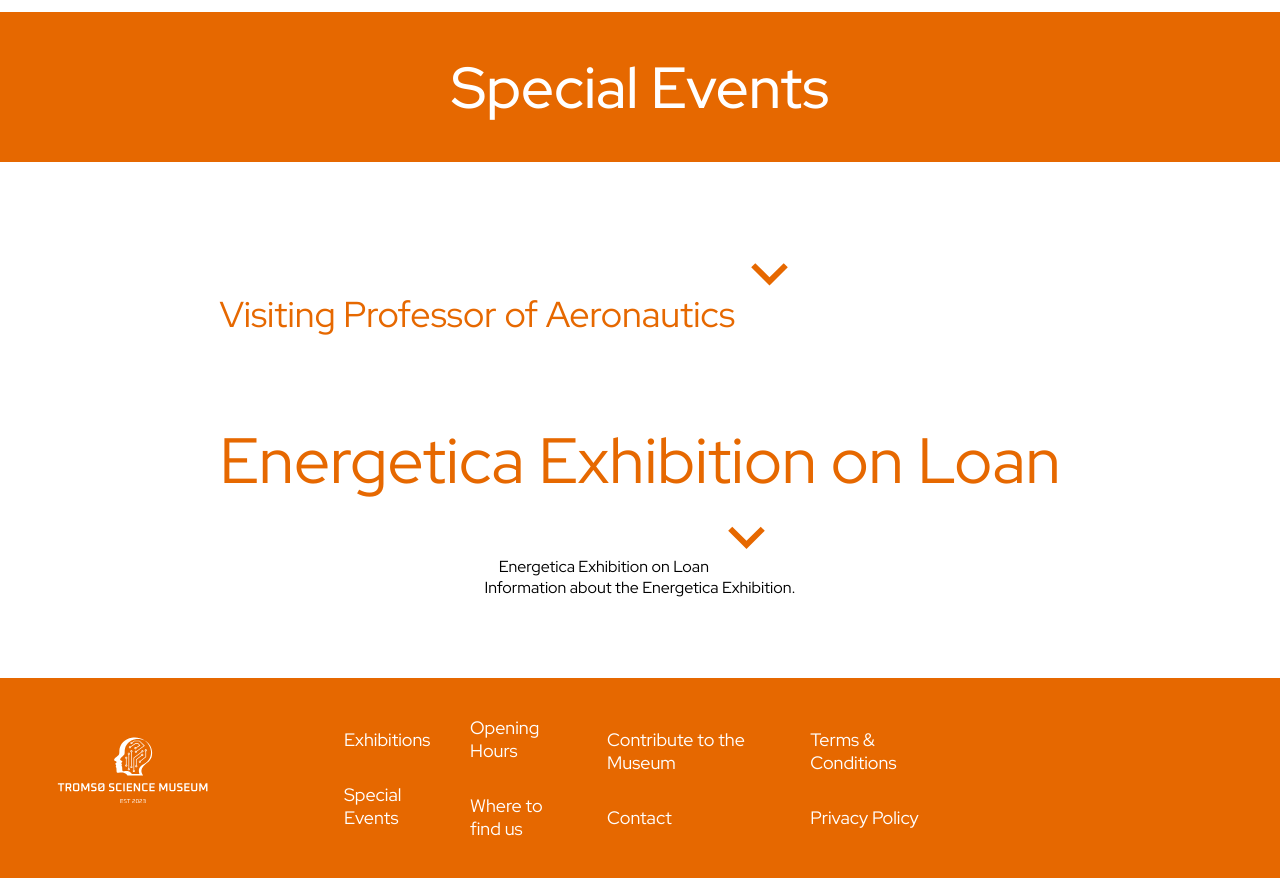
Repository: benjaminskarding/Semester-Project
Page: index.html
The author's editor kept a copy of each file at every save. The page is drawn from the files as they stood at one save, then again after the next save.
The browser window is 1280 px wide. The pictures show the part of the page from y = 5117 to 6069 px (the page is 5995 px tall before and 6069 px after).
A picture or video elsewhere on the page could not be fetched, so the positions and the page height are approximate.

Above is the page before, as saved 2023-12-04 12:35:28.

After the next save:
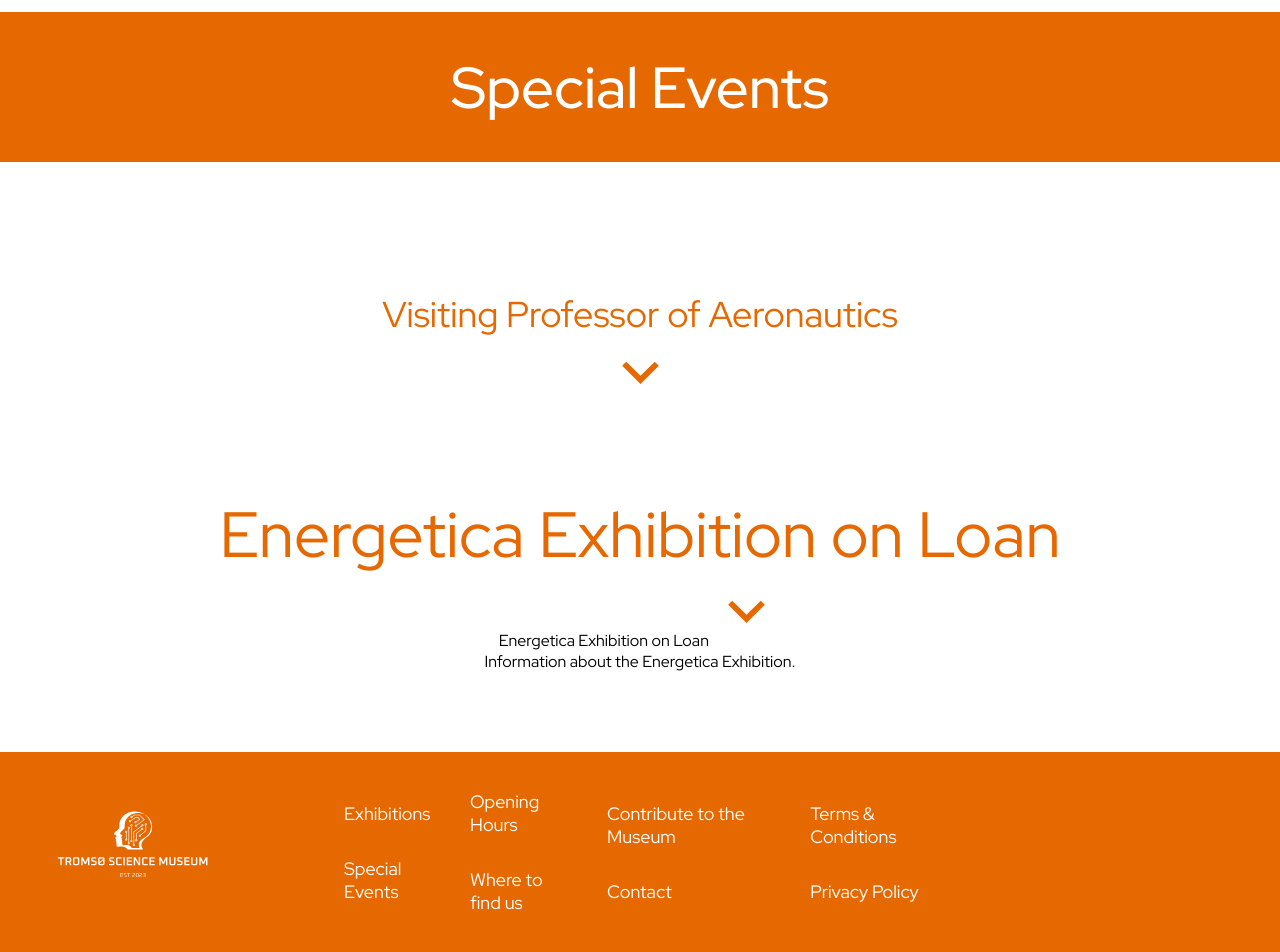
Saved 9 s later.
--- a/src/css/index.css
+++ b/src/css/index.css
@@ -376,7 +376,3 @@ h4 {
 .specContent h2 {
     margin-top: 5rem;
 }
-
-.specSection {
-    display: flex;
-}
